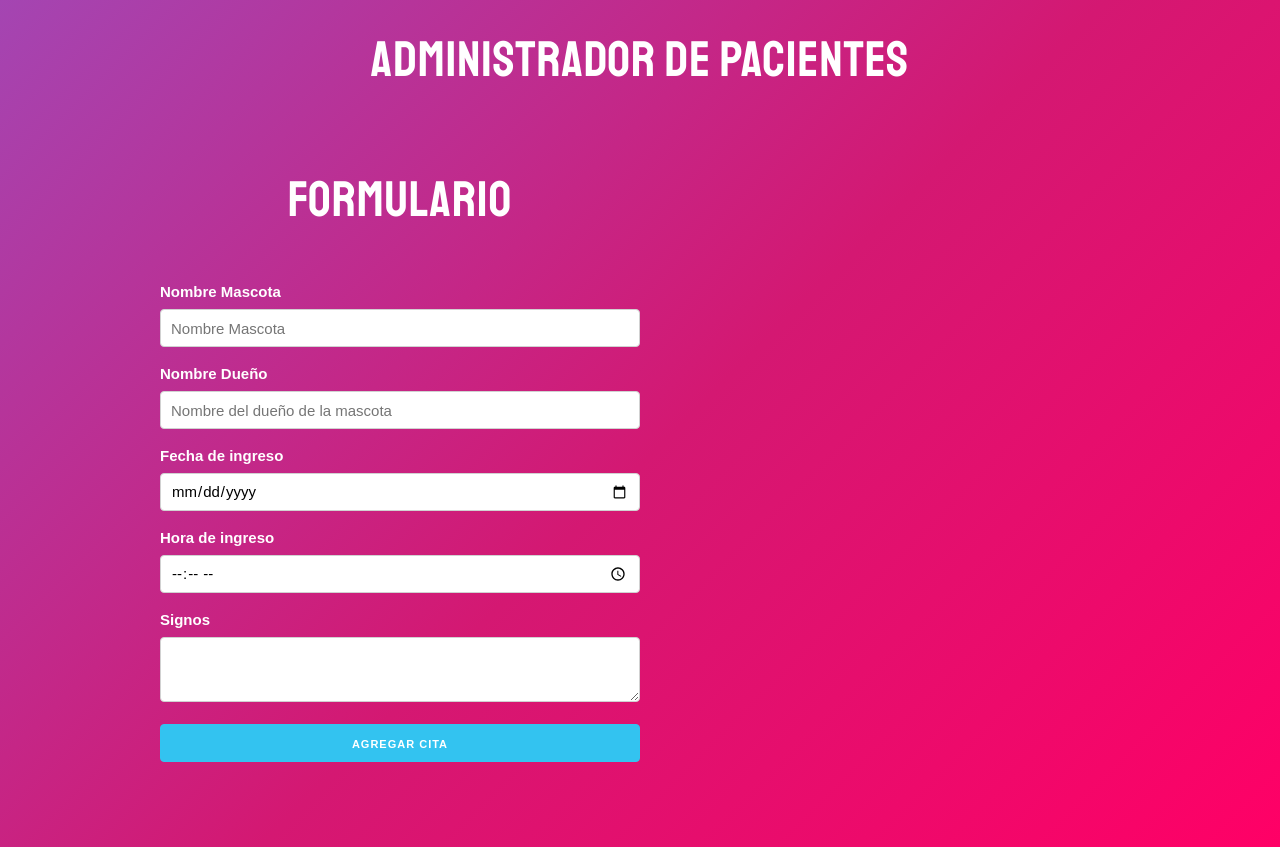
Repository: leonmezu1/react-jdlt
Page: /
The author's editor kept a copy of each file at every save. The page is drawn from the files as they stood at one save, then again after the next save.
The browser window is 1280 px wide. The pictures show the whole page.
The project was rebuilt for these pictures with package versions that can differ from the ones it lists, and the page was loaded fresh each time. Also part of the build but not shown: src/components/Cita.js.

Above is the page before, as saved 2020-10-06 09:54:25.

### src/index.css
html {
  min-height: 100%;
}
body {
  margin: 0;
  padding: 0;
  font-family: sans-serif;
  background-image: linear-gradient(-225deg, #A445B2 0%, #D41872 52%, #FF0066 100%);
  min-height: 100%;
  padding-bottom: 5rem;
}
h1, h2  {
  color: white;
  padding: 3rem 0;
  text-align: center;

  text-transform: uppercase;

  font-family: 'Staatliches', cursive;
  letter-spacing: 1px;
}
.row {
  display: flex;
}
.one-half-column{
  flex-basis: 50%;
}
.lista-citas .media {
  border-bottom: 1px solid #e1e1e1;
  padding-bottom: 3rem;
}

.lista-citas .media:last-of-type{
  border-bottom: 0;
}
.lista-citas .media-body p {
  margin:0;
}
.lista-citas .media-body button {
  margin-top: 1rem!important;
}
.lista-citas .media-body span {
  font-weight: bold;
}

label {
  color: white;
}

input[type="date"],
input[type="time"] {
  height: 38px;
    padding: 6px 10px;
    background-color: #fff;
    border: 1px solid #D1D1D1;
    border-radius: 4px;
    box-shadow: none;
    box-sizing: border-box;
}

.cita {
  padding: 2rem;
  background: white;
  border-bottom: 1px solid #e1e1e1;
  color: black;
}

.cita p {
  font-weight: bold;
  margin-bottom: .8rem;
}
.cita p span {
  font-weight: normal;

}
.cita:first-of-type {
  border-top-left-radius: 1rem;
  border-top-right-radius: 1rem;
}
.cita:last-of-type {
  border-bottom-left-radius: 1rem;
  border-bottom-right-radius: 1rem;
}
.button.eliminar,
.button.eliminar:hover {
  background-color: #c10059;
  color: white;
  margin-top: 2rem;
}

.alerta-error {
  background-color: white;
  color: red;
  padding: 1rem;
  font-size: 2rem;
  text-transform: uppercase;
  text-align: center;
  font-family:  'Staatliches', cursive;
}

### src/App.js
import React, { Fragment, useState } from 'react';
import Cita from './components/Cita';
import Formulario from './components/Formulario'

const App = () => {
  const [citas, guardarCitas] = useState([])

  const crearCita = cita => {
    guardarCitas([
      ...citas,
      cita
    ])
  }
  return (
    <Fragment>
      <h1>Administrador de pacientes</h1>
      <div className ="container">
        <div className="row">
          <div className="one-half-column">
            <Formulario crearCita={crearCita}/>
          </div>
          <div className="one-half-column">
            { citas.map(cita => (
              <Cita
                key={cita.id}
                cita={cita}
              />
            )) }
          </div>
        </div>
      </div>
    </Fragment>
  );
}

export default App;

### src/components/Formulario.js
import React, { Fragment, useState } from "react";
import uuid from 'uuid/dist/v4'; //

const Formulario = ({crearCita}) => {
  const [cita, actualizarCita] = useState({
    mascota: "",
    propietario: "",
    fecha: "",
    hora: "",
    sintomas: "",
  });

  const [error, actualizarError] = useState(false)

  const { mascota, propietario, fecha, hora, sintomas } = cita;

  const handleChange = (e) => {
    actualizarCita({
      ...cita,
      [e.target.name]: e.target.value,
    });
  };

  const submitCita = (e) => {
    e.preventDefault();
    const checkEmpty = [
      mascota.trim() === "",
      propietario.trim() === "",
      fecha.trim() === "",
      hora.trim() === "",
      sintomas.trim() === "",
    ];

    if (checkEmpty.some((value) => value)) {
      actualizarError(true);
      return;
    } else {
      actualizarError(false);
      cita.id = uuid();
      crearCita(cita);
      actualizarCita({
        mascota: "",
        propietario: "",
        fecha: "",
        hora: "",
        sintomas: "",
      });
      return;
    }
  };

  return (
    <Fragment>
      <h1>Formulario</h1>
      { error ? <p className="alerta-error">Todos los campos son obligatorios</p> : null }
      <form onSubmit={submitCita}>
        <label>Nombre Mascota</label>
        <input
          type="text"
          name="mascota"
          className="u-full-width"
          placeholder="Nombre Mascota"
          onChange={handleChange}
          value={mascota}
        />
        <label>Nombre Dueño</label>
        <input
          type="text"
          name="propietario"
          className="u-full-width"
          placeholder="Nombre del dueño de la mascota"
          onChange={handleChange}
          value={propietario}
        />
        <label>Fecha de ingreso</label>
        <input
          type="date"
          name="fecha"
          className="u-full-width"
          onChange={handleChange}
          value={fecha}
        />
        <label>Hora de ingreso</label>
        <input
          type="time"
          name="hora"
          className="u-full-width"
          onChange={handleChange}
          value={hora}
        />
        <label>Signos</label>
        <textarea
          className="u-full-width"
          name="sintomas"
          onChange={handleChange}
          value={sintomas}
        ></textarea>
        <button type="submit" className="u-full-width button-primary">
          Agregar cita
        </button>
      </form>
    </Fragment>
  );
};

export default Formulario;

Loaded but not shown: public/index.html (common file); src/index.js (common file); src/serviceWorker.js (common file)

After the next save:
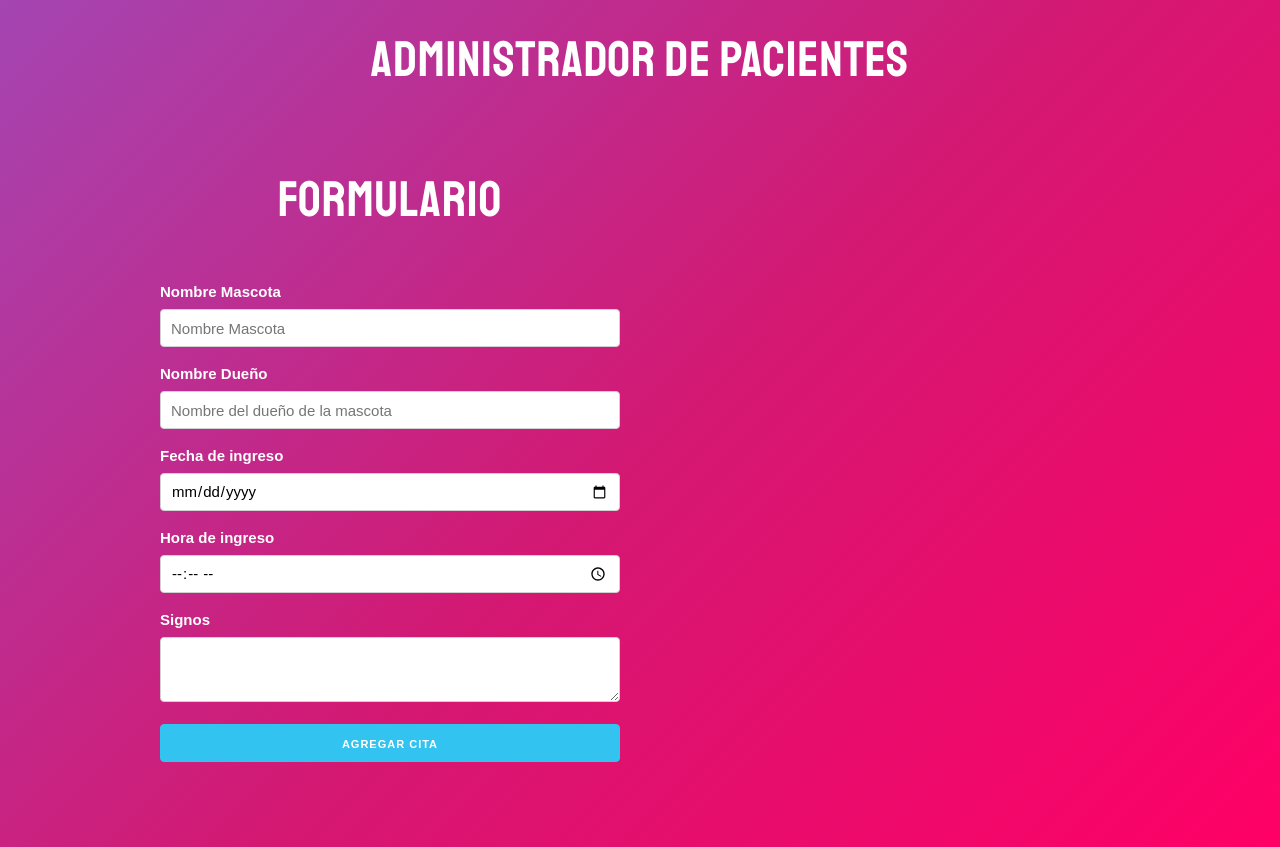
Saved 26 s later.
--- a/src/index.css
+++ b/src/index.css
@@ -23,7 +23,7 @@ h1, h2  {
   display: flex;
 }
 .one-half-column{
-  flex-basis: 50%;
+  flex-basis: calc(50% - 20px);
 }
 .lista-citas .media {
   border-bottom: 1px solid #e1e1e1;
